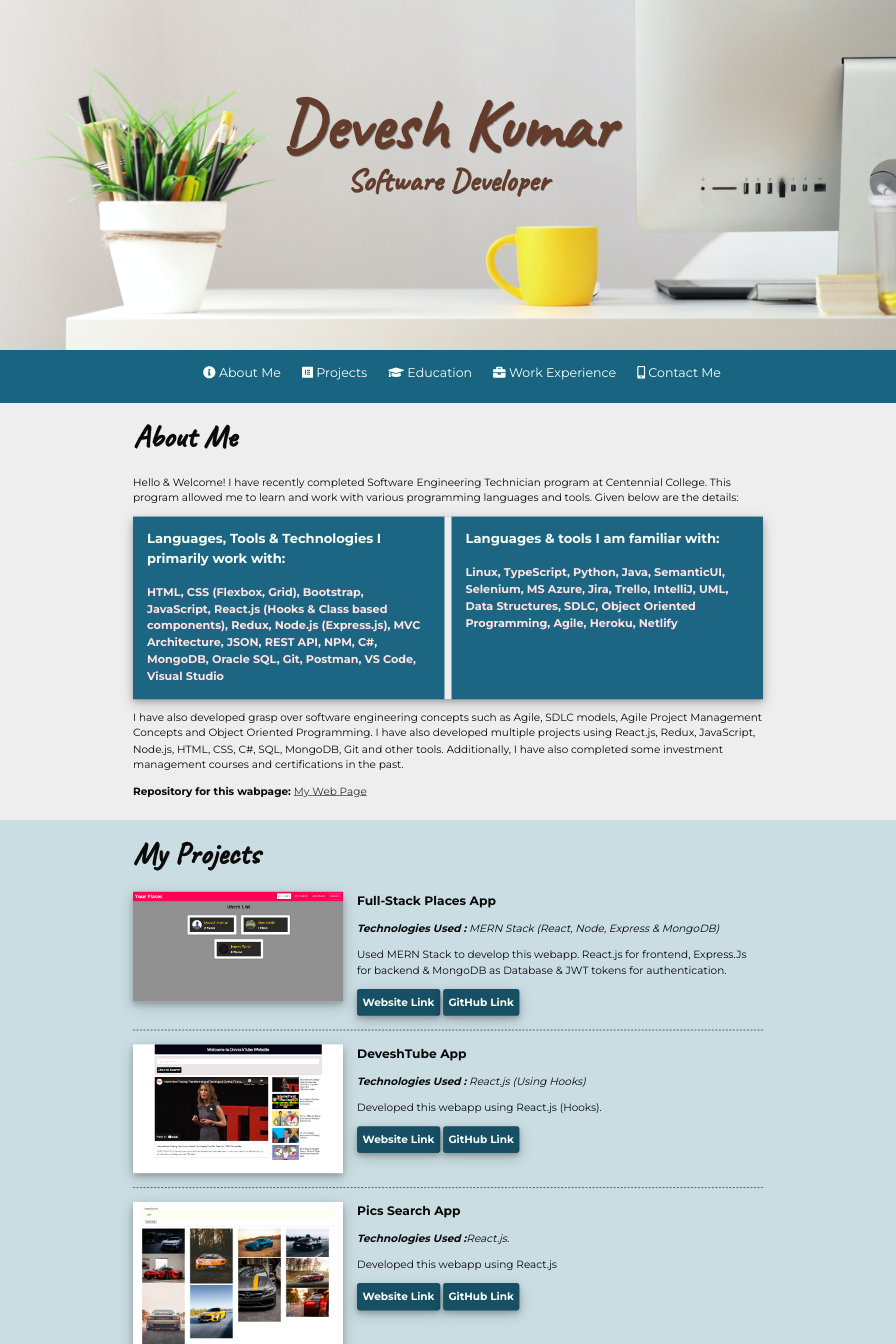
Repository: My-Web-Page/MyWebPage
Page: index.html
An editor plug-in stored every save of this project. The page is shown before and after the next save, followed by the edit.
The browser window is 1280 px wide. The pictures show the part of the page from y = 0 to 1920 px (the page is 5056 px tall), at 70% of full size.
Some web libraries are served in a nearby version.

Above is the page before, as saved 2021-09-07 13:53:19.

### index.html
<!DOCTYPE html>
<html lang="en">

<head>
    <meta charset="UTF-8">
    <meta name="viewport" content="width=device-width, initial-scale=1.0">
    <link href="./assets/images/favicon.ico" rel="icon" type="image/x-icon" />

    <title> Devesh Kumar : Full-Stack Developer</title>
    <link rel="preconnect" href="https://fonts.gstatic.com">
    <link href="https://fonts.googleapis.com/css2?family=Caveat&family=Montserrat:wght@400;700&display=swap" rel="stylesheet">
    <link rel="stylesheet" href="https://pro.fontawesome.com/releases/v5.10.0/css/all.css" integrity="sha384-AYmEC3Yw5cVb3ZcuHtOA93w35dYTsvhLPVnYs9eStHfGJvOvKxVfELGroGkvsg+p" crossorigin="anonymous" />

    <link rel="stylesheet" href="style.css">
</head>

<body>
    <main>
        <!-- ***********************  ABOUT / PROFILE  *********************** -->
        <header>
            <div class="container">
                <h1>Devesh Kumar</h1>
                <h2>Software Developer</h2>
            </div>
        </header>

        <nav id="navbar">
            <ul class="nav-ul">
                <li>
                    <a href="#about-me"><i class="fas fa-info-circle"></i> About Me</a>
                </li>
                <li>
                    <a href="#projects"><i class="fab fa-elementor"></i> Projects</a>
                </li>
                <li>
                    <a href="#education"><i class="fas fa-graduation-cap"></i> Education</a>
                </li>
                <li>
                    <a href="#work-experience"><i class="fas fa-briefcase"></i> Work Experience</a>
                </li>
                <li>
                    <a href="#contact"><i class="fas fa-mobile-alt"></i> Contact Me</a>
                </li>
            </ul>
        </nav>

        <!-- *********************About Me***********************  -->
        <section id="about-me">
            <div class="container">
                <h2>About Me</h2>
                <p>Hello & Welcome! I have recently completed Software Engineering Technician program at Centennial College. This program allowed me to learn and work with various programming languages and tools. Given below are the details: </p>
                <div class="grid-container">
                    <div class="grid-item">
                        <h3>Languages, Tools & Technologies I primarily work with:</h3>
                        <h4> HTML, CSS (Flexbox, Grid), Bootstrap, JavaScript, React.js (Hooks & Class based components), Redux, Node.js (Express.js), MVC Architecture, JSON, REST API, NPM, C#, MongoDB, Oracle SQL, Git, Postman, VS Code, Visual Studio
                            </p>
                    </div>

                    <div class="grid-item">
                        <h3>Languages & tools I am familiar with:</h3>
                        <h4>Linux, TypeScript, Python, Java, SemanticUI, Selenium, MS Azure, Jira, Trello, IntelliJ, UML, Data Structures, SDLC, Object Oriented Programming, Agile, Heroku, Netlify
                            </p>
                    </div>
                </div>
                <p>I have also developed grasp over software engineering concepts such as Agile, SDLC models, Agile Project Management Concepts and Object Oriented Programming. I have also developed multiple projects using React.js, Redux, JavaScript, Node.js,
                    HTML, CSS, C#, SQL, MongoDB, Git and other tools. Additionally, I have also completed some investment management courses and certifications in the past.
                </p>

                <p><strong>Repository for this wabpage: </strong><a id="my-page-repo" target="_blank" href="https://github.com/portretrieve/MyWebPage">My Web Page</a></p>

            </div>
        </section>

        <!-- *********************Pop-Ups***********************  -->
        <section class="popup-wrapper" id="popup">
            <div class="container">
                <img id="popup-img" alt="finalproject popup">
            </div>
        </section>
        <!-- ********************  PROJECTS / PORTFOLIO  ********************* -->
        <section id="projects" class="projects">
            <div class="container divider">
                <h2>My Projects</h2>


                <!-- Project 1 -->
                <section class="project-item clearfix">
                    <img class="project-image" src="./assets/images/Places.png" alt="Full-Stack Places App">
                    <h3>Full-Stack Places App</h3>
                    <p> <strong>Technologies Used :</strong> MERN Stack (React, Node, Express & MongoDB)
                    </p>
                    <p>Used MERN Stack to develop this webapp. React.js for frontend, Express.Js for backend & MongoDB as Database & JWT tokens for authentication.
                    </p>
                    <a class="btn" href="https://devesh-mern-app.herokuapp.com/" target="_blank">Website Link</a>
                    <a class="btn" href="https://github.com/portretrieve/Full-stack-mern-forntend-backend-combined" target="_blank">GitHub Link</a>
                </section>

                <!-- Project 2 -->
                <section class="project-item clearfix">
                    <img class="project-image" src="./assets/images/deveshtube.png" alt="DeveshTube App">
                    <h3>DeveshTube App</h3>
                    <p> <strong>Technologies Used :</strong> React.js (Using Hooks)</p>
                    <p>Developed this webapp using React.js (Hooks).</p>
                    <a class="btn" href="https://blissful-pasteur-e62546.netlify.app/" target="_blank">Website Link</a>
                    <a class="btn" href="https://github.com/portretrieve/reactApp-DeveshTube-using-hooks" target="_blank">GitHub Link</a>
                </section>

                <!-- Project 3 -->
                <section class="project-item clearfix">
                    <img class="project-image" src="./assets/images/pics.png" alt="Pics Search App">
                    <h3>Pics Search App</h3>
                    <p> <strong>Technologies Used :</strong>React.js.</p>
                    <p>Developed this webapp using React.js
                    </p>
                    <a class="btn" href="https://eager-bassi-827826.netlify.app/" target="_blank">Website Link</a>
                    <a class="btn" href="https://github.com/portretrieve/reactApp-pics" target="_blank">GitHub Link</a>
                </section>

                <!-- Project 4 -->
                <section class="project-item clearfix">
                    <img class="project-image" src="./assets/images/assignment_2.png" alt="Portfolio Assignment Using Node.js, Bootstrap, EJS and MongoDB">
                    <h3>Personal Portfolio Website</h3>
                    <p> <strong>Technologies Used :</strong> EJS, CSS, Node.js and MongoDB.</p>
                    <p>Developed this website using above mentioned technologies. I used ExpressJs middleware, and passport.js for authentication.</p>
                    <a class="btn" href="https://comp229-asnmt2.herokuapp.com/home" target="_blank">Website Link</a>
                    <a class="btn" href="https://github.com/portretrieve/Assignment_2" target="_blank">GitHub Link</a>
                </section>

                <!-- Project 5 -->
                <section class="project-item clearfix">
                    <img class="project-image" src="./assets/images/final_project.png" alt="Final Project Using Node.js, Bootstrap, EJS and MongoDB">
                    <h3>Angel's Investment Website</h3>
                    <p> <strong>Technologies Used :</strong> EJS, CSS, Node.js and MongoDB.</p>
                    <p>Created this website as a group project using Node.js(Express.js), and Passport.js to authenticate.
                    </p>
                    <a class="btn" href="https://angelinvestfinal.herokuapp.com/" target="_blank">Website Link</a>
                    <a class="btn" href="https://github.com/Angel-Investor/AngelInvestor-Web-App" target="_blank">GitHub
                        Link</a>
                </section>

                <!-- Project 6 -->
                <section class="project-item clearfix">
                    <img class="project-image" src="./assets/images/slot-machine.png" alt="Casino slot machine game using HTML, CSS, JavaScript, TypeScript and EaselJS">
                    <h3>Slot Machine Game</h3>
                    <p> <strong>Technologies Used :</strong> HTML, CSS, JavaScript, TypeScript and EaselJS.</p>
                    <a class="btn" href="https://portretrieve.github.io/COMP125-Assignment-4-CreateJS-Slot-Machine/" target="_blank">Website Link</a>
                    <a class="btn" href="https://github.com/portretrieve/COMP125-Assignment-4-CreateJS-Slot-Machine" target="_blank">GitHub Link</a>
                </section>

                <!-- Project 7 -->
                <section class="project-item clearfix">
                    <img class="project-image" src="./assets/images/realEstate.png" alt="Real Estate Website">
                    <h3>Real Estate Website</h3>
                    <p> <strong>Technologies Used :</strong> HTML, CSS</p>
                    <p>Developed this website using only HTML, CSS as one of my school assignments.</p>
                    <a class="btn" href="http://studentweb.cencol.ca/dkumar63/project/home.html" target="_blank">Website
                        Link</a>
                    <a class="btn" href="https://github.com/portretrieve/Real-Estate-App" target="_blank">GitHub
                        Link</a>
                </section>

                <!-- Project 8 -->
                <section class="project-item clearfix">
                    <img class="project-image" src="./assets/images/restaurant_app.png" alt="Restaurant app using C# WPF MVVM">
                    <h3>Restaurant POS system app</h3>
                    <p> <strong>Technologies Used :</strong> C#, WPF and XAML.</p>
                    <p>Created the restaurant P.O.S app using C# and WPF.</p>
                    <a class="btn" href="https://github.com/portretrieve/Restaurant_app" target="_blank">GitHub Link</a>
                </section>
                <section>
                    <h3>Other Projects: </h3>
                    <p> <strong>Technologies Used :</strong> C#, WinForms, SQL, PL/SQL, Java, Python, Jira, Trello, Lucid Charts, MS Visio etc. </p>
                    <p>In addition to the projects above, I have also developed other projects using the languages and tools above. All of these projects can be found on my <span><a
                                href="https://github.com/portretrieve" target="_blank">GitHub Page</a>.</span></p>
                </section>
            </div>
        </section>

        <!-- ******************  EDUCATION & CERTIFICATIONS ****************** -->
        <section id="education" class="education">
            <div class="container item-details">

                <h2>Education</h2>

                <section>
                    <h3>Software Engineering Technician Program</h3>
                    <p>Centennial College, Toronto ON, 2020-2021</p>
                    <p>4 semesters full-time software engineering diploma program </p>
                </section>
            </div>
            <div class="container item-details">

                <h2>Certifications</h2>

                <section>
                    <h3>Modern JavaScript (Complete guide, from Novice to Ninja)</h3>
                    <p>Udemy May 2021 : The Net Ninja (Shaun Pelling)</p>
                </section>
                <section>
                    <h3>JavaScript: Understanding the Weird Parts</h3>
                    <p>Udemy June 2021 : Anthony Alicea</p>
                </section>
                <section>
                    <h3>Modern React with Redux</h3>
                    <p>Udemy July 2021 : Stephen Grider</p>
                </section>
                <section>
                    <h3>React, NodeJS, Express & MongoDB - The MERN Fullstack Guide</h3>
                    <p>Udemy Aug 2021 : Academind by Maximilian Schwarzmüller</p>
                </section>
                <section>
                    <h3>Data Structures/Algorithms, Git & GitHub essentials, C# Essencials, HTML and CSS Essentials</h3>
                    <p>LinkedIn Learning, May 2021 - Sep 2021 </p>
                </section>
                <section>
                    <h3>Chartered Financial Analyst – Level 1</h3>
                    <p>CFA Institute, 2018</p>
                </section>
                <br>
                <section class="csc">
                    <h3>Canadian Securities Course (CSC)</h3>
                    <h3>Derivatives Fundamentals and Options Licensing (DFOL)</h3>
                    <p>Canadian Securities Institute, 2017-2019 </p>
                </section>

            </div>
        </section>

        <!-- ***********************  WORK EXPERIENCE  *********************** -->
        <section id="work-experience" class="work-experience">
            <div class="container item-details divider">
                <h2>Work Experience</h2>

                <!-- Job 1 -->
                <section class="job-item">
                    <div class="job-details">
                        <h3>Software Developer</h3>
                        <p>Jan 2020 - Present</p>
                    </div>
                    <div class="job-summary">
                        <ul>
                            <li>Various Projects during Centennial College and Independently using Udemy, LinkedIn Learning & YouTube.</li>
                        </ul>

                    </div>
                </section>

                <!-- Job 2 -->
                <section class="job-item">
                    <div class="job-details">
                        <h3>Client Advisor</h3>
                        <p>RBC Royal Bank</p>
                        <p>Mar 2017 - Sep 2018</p>
                    </div>
                    <div class="job-summary">
                        <ul>
                            <li>Proactively engage with clients and deliver an outstanding service experience through completing transactions, and by identifying sales and referral opportunities.</li>
                            <li>Focus on education and demonstration, leverage technology to deliver a memorable client experience, drive sales and retain business.</li>
                            <li>Manage risks by adhering to compliance routines, processes, and controls to protect client and shareholder interests while completing transactions.</li>
                        </ul>

                    </div>
                </section>

                <!-- Job 3 -->
                <section class="job-item">

                    <div class="job-details">
                        <h3>Night Auditor</h3>
                        <p>DoubleTree by Hilton</p>
                        <p>Feb 2017 - Aug 2018</p>

                    </div>
                    <div class="job-summary">
                        <ul>
                            <li>Daily Reconciling of days transactions for all departments including front office, restaurant, lounge and banquets.</li>
                            <li>Responsible for cash float and receipt of customer payments via cash or credit card, balancing cash at shift end and generating the accounting reports.</li>
                            <li>Completing reservations, provide information, assistance to guests.</li>
                        </ul>
                    </div>

                </section>

                <a class="top-btn" href="#top">Page Top</a>

            </div>
        </section>


        <!-- *****************  CONTACT INFO / SOCIAL MEDIA  ***************** -->
        <footer>
            <div id="contact" class="container">
                <h2>Let's Stay in Touch!</h2>
                <!-- Social media and contact links. Add or remove any networks. -->
                <ul class="contact-list">
                    <li><a href="mailto:deveshkumar2107@hotmail.com"><i
                                class="fas fa-envelope"></i>&nbsp;deveshkumar2107@hotmail.com</a></li>
                    <li><a href="https://github.com/portretrieve" target="_blank"><i
                                class="fab fa-github"></i>&nbsp;GitHub</a></li>
                    <li><a href="https://www.linkedin.com/in/devesh-kumar-2aa03b64/" target="_blank"><i
                                class="fab fa-linkedin"></i>&nbsp;LinkedIn</a></li>
                </ul>
            </div>
        </footer>
    </main>
    <script src="./script.js"></script>
</body>

</html>

Loaded but not shown: script.js (18 lines, source omitted); style.css (422 lines, source omitted)

After the next save:
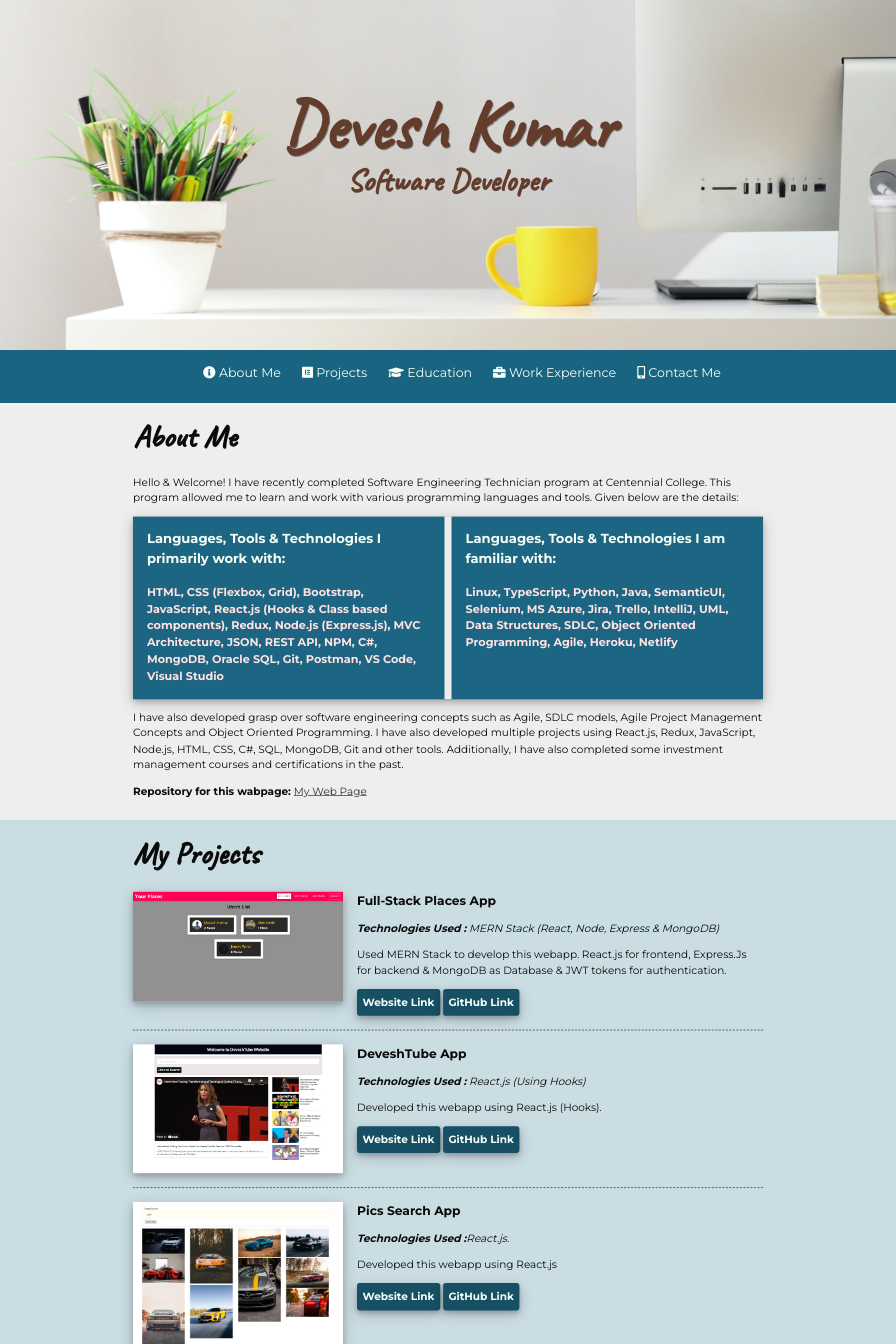
Saved 2 min 6 s later.
--- a/index.html
+++ b/index.html
@@ -57,7 +57,7 @@
                     </div>
 
                     <div class="grid-item">
-                        <h3>Languages & tools I am familiar with:</h3>
+                        <h3>Languages, Tools & Technologies I am familiar with:</h3>
                         <h4>Linux, TypeScript, Python, Java, SemanticUI, Selenium, MS Azure, Jira, Trello, IntelliJ, UML, Data Structures, SDLC, Object Oriented Programming, Agile, Heroku, Netlify
                             </p>
                     </div>
